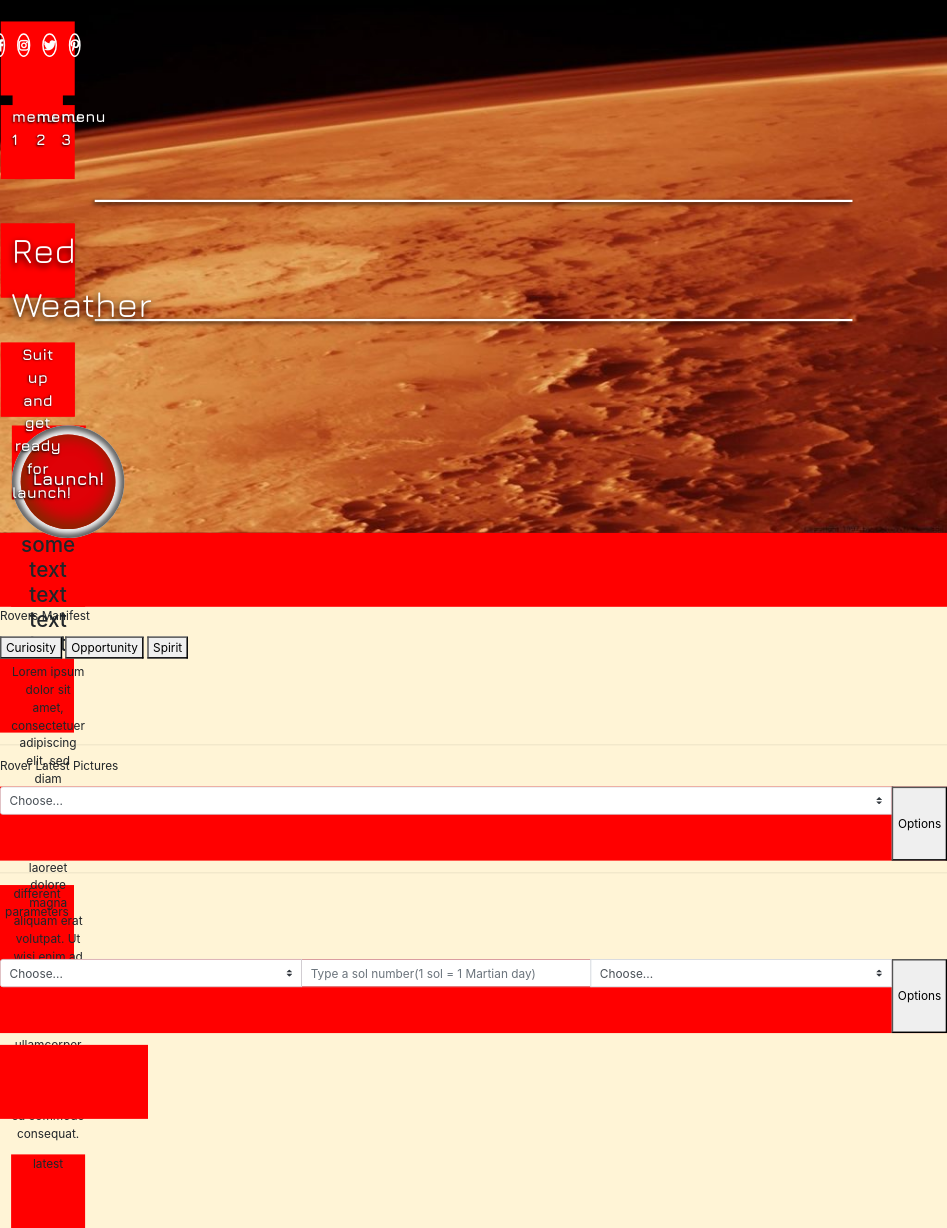
Repository: romqrq/Red-Planet-Explorer
Page: index.html
The author's editor kept a record of every edit. The page is drawn from the files as they stood at one moment, then again after the next edit.
The browser window is 1280 px wide. The pictures show the whole page, at 74% of full size.
Some web fonts or font styles are not loaded; a fallback is used. Some web libraries are served in a nearby version.

Above is the page before.

### index.html
<!DOCTYPE html>
<html lang="en">

<head>
    <meta charset="UTF-8">
    <meta name="viewport" content="width=device-width, initial-scale=1.0">
    <meta http-equiv="X-UA-Compatible" content="ie=edge">
    <title>Red Weather</title>
    <link rel="stylesheet" href="https://cdnjs.cloudflare.com/ajax/libs/font-awesome/5.10.2/css/all.min.css" type="text/css" />
    <link rel="stylesheet" href="https://stackpath.bootstrapcdn.com/bootstrap/4.3.1/css/bootstrap.min.css" crossorigin="anonymous">
    <link rel="stylesheet" href="assets/css/style.css" type="text/css" />


    <script src="https://code.jquery.com/jquery-3.4.1.js" crossorigin="anonymous"></script>
    <script type="text/javascript" src="assets/js/jquery.js"></script>
    <script type="text/javascript" src="assets/js/main.js"></script>
    <!--<script type="text/javascript" src="assets/js/main2.js"></script>-->
    <!--<script type="text/javascript" src="assets/js/main3.js"></script>-->

</head>

<body>
    <header>
        <div class="container-fluid main-screen-container">
            <!--<img class="header-bg" src="assets/images/mars-athmosphere.jpg"></img>-->
            <div class="row social-row">
                <div class="col-12 social-col">
                    <i class="fab fa-facebook-f round-border text-shadow"></i>
                    <i class="fab fa-instagram round-border"></i>
                    <i class="fab fa-twitter round-border"></i>
                    <i class="fab fa-pinterest-p round-border"></i>
                </div>
            </div>
            <div class="row" role="navigation">
                <a class="col-4 text-right main-text-light text-shadow" href="#">menu 1</a>
                <a class="col-4 text-center main-text-light text-shadow" href="#">menu 2</a>
                <a class="col-4 text-left main-text-light text-shadow" href="#">menu 3</a>
            </div>
            <hr class="hr-divider">
            <div class="row">
                <div class="col-12 text-center">
                    <p class="main-title title-shadow">Red Weather</p>
                </div>
            </div>
            <hr class="hr-divider">
            <div class="row">
                <div class="col-12">
                    <p class="main-text-light text-center text-shadow">Suit up and get ready for launch!</p>
                </div>
            </div>
            <div class="launch-button-div">
                <div class="launch-button-border">
                    <button class="btn launch-button text-shadow">Launch!</button>
                </div>
            </div>
            <!--<div class="row">-->
            <!--    <div class=navbar>-->
            <!--        <ul class="navbar-nav">-->
            <!--            <li class="nav-item">-->
            <!--                <a href="#" class="nav-link">menu button 1</a>-->
            <!--            </li>-->
            <!--            <li class="nav-item">-->
            <!--                <a href="#" class="nav-link">menu button 2</a>-->
            <!--            </li>-->
            <!--            <li class="nav-item">-->
            <!--                <a href="#" class="nav-link">menu button 3</a>-->
            <!--            </li>-->
            <!--        </ul>-->
            <!--    </div>-->
            <!--</div>-->
        </div>
        <!--<nav class="navbar navbar-expand-md navbar-dark bg-blue">-->
        <!-- Brand -->
        <!--    <a class="brand-text" href="#"><span class="NE-text">RW</span> | Red Weather</a>-->

        <!-- Toggler/collapsibe Button -->
        <!--    <button class="navbar-toggler" type="button" data-toggle="collapse" data-target="#collapsibleNavbar">-->
        <!--        <span class="navbar-toggler-icon"></span>-->
        <!--    </button>-->

        <!-- Navbar links -->
        <!--    <div class="collapse navbar-collapse" id="collapsibleNavbar">-->
        <!--        <ul class="navbar-nav">-->
        <!--            <li class="nav-item">-->
        <!--                <a class="nav-link" href="#">Link</a>-->
        <!--            </li>-->
        <!--            <li class="nav-item">-->
        <!--                <a class="nav-link" href="#">Link</a>-->
        <!--            </li>-->
        <!--            <li class="nav-item">-->
        <!--                <a class="nav-link" href="#">Link</a>-->
        <!--            </li>-->
        <!--        </ul>-->
        <!--    </div>-->
        <!--</nav>-->
    </header>
    <section class="callout">
        <div class="container-fluid text-center align-middle">
            <div>
                <h3>some text text text text</h3>
                <p>Lorem ipsum dolor sit amet, consectetuer adipiscing elit, sed diam nonummy nibh euismod tincidunt ut laoreet dolore magna aliquam erat volutpat. Ut wisi enim ad minim veniam, quis nostrud exerci tation ullamcorper suscipit lobortis nisl
                    ut aliquip ex ea commodo consequat.</pp>
                    <div>latest</div>
                    <!--<div class="row">-->
                    <!--    <div class="col-4">-->
                    <!--        <button class="btn btn-warning latest-button" id="buttonCuriosity" onclick="writeLatestToDocument('curiosity')" value="curiosity">Curiosity</button>-->
                    <!--    </div>-->
                    <!--    <div class="col-4">-->
                    <!--        <button class="btn btn-warning latest-button" id="buttonSpirit" onclick="writeLatestToDocument()" value="spirit">Spirit</button>-->
                    <!--    </div>-->
                    <!--    <div class="col-4">-->
                    <!--        <button class="btn btn-warning latest-button" id="buttonOpportunity" onclick="writeLatestToDocument()" value="opportunity">Opportunity</button>-->
                    <!--    </div>-->
                    <!--</div>-->
            </div>
    </section>
    <p>Rovers Manifest</p>
    <button onclick="writeManifestToDocument('curiosity')">Curiosity</button>
    <button onclick="writeManifestToDocument('opportunity')">Opportunity</button>
    <button onclick="writeManifestToDocument('spirit')">Spirit</button>
    <div id="dataManifest"></div>
    <hr>
    <p>Rover Latest Pictures</p>
    <div class="input-group mb-3">
        <select class="custom-select" id="inputLatestRoverPhoto">
            <option selected>Choose...</option>
            <option value="curiosity">Curiosity</option>
            <option value="spirit">Spirit</option>
            <option value="opportunity">Opportunity</option>
        </select>
        <button onclick="writeLatestToDocument()">Options</button>
    </div>
    <hr>
    <div class=text-center>different parameters</div>
    <div class="input-group mb-3">
        <div class="input-group mb-3">
            <select class="custom-select" id="inputRoverName">
            <option selected>Choose...</option>
            <option value="curiosity">Curiosity</option>
            <option value="spirit">Spirit</option>
            <option value="opportunity">Opportunity</option>
        </select>
            <input type="text" class="form-control" id="solTextInput" placeholder="Type a sol number(1 sol = 1 Martian day)">
            <!--    <select class="custom-select" id="inputSolNumber">-->
            <!--  <option selected>Choose...</option>-->
            <!--  <option value="500">500</option>-->
            <!--  <option value="1000">1000</option>-->
            <!--  <option value="1500">1500</option>-->
            <!--</select>-->
            <select class="custom-select" id="inputCamName">
          <option selected>Choose...</option>
          <option value="fhaz">FHAZ</option>
          <option value="rhaz">RHAZ</option>
          <option value="mast">Mast</option>
        </select>
            <button onclick="writeParamsToDocument()">Options</button>
        </div>


        <div id="data"></div>
        <div id="data2"></div>
        <footer>

        </footer>
        <script src="https://code.jquery.com/jquery-3.3.1.slim.min.js" integrity="sha384-q8i/X+965DzO0rT7abK41JStQIAqVgRVzpbzo5smXKp4YfRvH+8abtTE1Pi6jizo" crossorigin="anonymous"></script>
        <script src="https://cdnjs.cloudflare.com/ajax/libs/popper.js/1.14.7/umd/popper.min.js" integrity="sha384-UO2eT0CpHqdSJQ6hJty5KVphtPhzWj9WO1clHTMGa3JDZwrnQq4sF86dIHNDz0W1" crossorigin="anonymous"></script>
        <script src="https://stackpath.bootstrapcdn.com/bootstrap/4.3.1/js/bootstrap.min.js" integrity="sha384-JjSmVgyd0p3pXB1rRibZUAYoIIy6OrQ6VrjIEaFf/nJGzIxFDsf4x0xIM+B07jRM" crossorigin="anonymous"></script>

</body>

</html>

### assets/css/style.css
/*General*/

@import url('https://fonts.googleapis.com/css?family=Revalia|Roboto:400,500|Jura:300,400,500,700&display=swap');

body {
    background-color: #ffd86845;
}

a {
    text-decoration: none;
    color: inherit;

}

/* Header */

.title-shadow {
    text-shadow: -1px 3px 8px #000000;
}

.text-shadow {
    text-shadow: -1px 1px 3px #000000;
}

.no-side-padding {
    padding-left: 0;
    padding-right: 0;
}

.main-screen-container {
    height: 100vh;
    max-width: 100vw;
    padding: 1rem;
    background-image: url("../images/mars-athmosphere.jpg");
    background-position: center;
    background-repeat: no-repeat;
    background-size: cover;
    background-color: black;
    display: flex;
    flex-direction: column;
    justify-content: space-evenly;
    box-shadow: 1px 4px 9px 0px black;
}

.social-row {
    padding: 1rem;
}

.social-col {
    flex-direction: row;
    display: flex;
    justify-content: center;
}

.round-border {
    border-radius: 50%;
    height: 2rem;
    border: 2px solid white;
    width: 2rem;
    justify-content: center;
    display: flex;
    line-height: 1.8rem;
    color: white;
    margin: 0 0.5rem;
    font-weight: 900;
}

.main-text-light {
    color: white;
    font-family: "Jura", "Revalia";
    font-weight: 600;
    font-size: 1.3rem;
}

.main-title {
    font-family: "Revalia", "Jura";
    font-size: 3rem;
    color: white;
    padding: 0 0 0.5rem;
}

.hr-divider {
    border-top: 3px solid rgb(255, 255, 255);
    width: 80vw;
    box-shadow: -2px 2px 6px 0px black;
}

.launch-button-div {
    margin-bottom: 1rem;
}

.launch-button-border {
    height: 9.5rem;
    width: 9.5rem;
    background-color: #eaeaea;
    padding: 0.75rem;
    border-radius: 50%;
    box-shadow: inset 0px 0px 6px 6px #676767;
    margin: auto;
}

.launch-button {
    background-color: #d40101;
    color: white;
    border: 0px solid white;
    font-size: 1.5rem;
    font-family: "Jura", "Revalia";
    font-weight: 700;
    /*text-shadow: 0px 0px 5px #ffffffcf;*/
    padding: 0.5rem 1rem 1rem;
    height: 8rem;
    width: 8rem;
    border-radius: 50%;
    box-shadow: inset 3px -4px 20px 7px #842600;
    animation-name: launchButtonAnimation;
     animation-duration: 2s;
    animation-delay: .5s;
    animation-timing-function: linear;
    animation-iteration-count: infinite;

}

.launch-button-animation {
    animation-duration: 1s;
    animation-delay: .5s;
    animation-timing-function: linear;
    animation-iteration-count: infinite;
    /*background-color: #2098D1;*/
    background-color: #ff0018;
    color: #fff;
}

/* Launch button bg change */
@keyframes launchButtonAnimation {
  from {background-color: #d40101;}
  to {background-color: #ff0018;}
}

/* The element to apply the animation to */
div {
  width: 100px;
  height: 100px;
  background-color: red;
  animation-name: example;
  animation-duration: 4s;
}

### assets/js/jquery.js
$(document).ready(function(value) {
    var roverName = this.value;
});

### assets/js/main.js
// var roverName = "curiosity";
// var solNumber = ""; //"&sol=1000";
// var camName = "&camera=FHAZ";
// var pageNumber = ""; //"&page=1"
// var earthDate = "earth_date=2015-6-3"


//WORKS xhr.open("GET", "https://api.nasa.gov/insight_weather/?api_key=unJZiQapXhyZamSl37P8FEh7Zlssi7xmaIF4l95b&feedtype=json&ver=1.0");
//WORKS xhr.open("GET", "https://api.nasa.gov/mars-photos/api/v1/rovers/curiosity/latest_photos?api_key=unJZiQapXhyZamSl37P8FEh7Zlssi7xmaIF4l95b&feedtype=json&ver=1.0");
//WORKS xhr.open("GET", "https://api.nasa.gov/mars-photos/api/v1/manifests/curiosity?api_key=unJZiQapXhyZamSl37P8FEh7Zlssi7xmaIF4l95b&feedtype=json&ver=1.0");




// //Pick latest photo by rover name
// function getLatest(cb) {
// 	// roverName = function() {
// 	// 	if (document.getElementById("buttonCuriosity") == true) {
// 	// 		var e = document.getElementById("buttonCuriosity");
// 	// 		return e.options[e.selectedIndex].value;
// 	// 	}
// 	// }
// 	$('.latest-button').on('click', function() {
// 		var e = document.getElementById(this.id);
// 		roverName = e.options[e.selectedIndex].value;
// 	});
// 	console.log(roverName);
// 	// var e = document.getElementById("buttonCuriosity");
// 	// var roverName = e.options[e.selectedIndex].value;
// 	var xhr = new XMLHttpRequest();
// 	xhr.onreadystatechange = function() {
// 		if (this.readyState == 4 && this.status == 200) {
// 			// document.getElementById("data").innerHTML = JSON.parse(this.responseText);
// 			console.log(JSON.parse(this.responseText));
// 			cb(JSON.parse(this.responseText));
// 		}
// 	};
// 	xhr.open("GET", "https://api.nasa.gov/mars-photos/api/v1/rovers/" + roverName + "/latest_photos?api_key=unJZiQapXhyZamSl37P8FEh7Zlssi7xmaIF4l95b&feedtype=json&ver=1.0");
// 	xhr.send();

// }

// function writeLatestToDocument() {
// 	var el = document.getElementById("data");
// 	el.innerHTML = "";

// 	getLatest(function(data) {
// 		data = data.latest_photos;

// 		data.forEach(function(item) {
// 			el.innerHTML += `<img src=${item.img_src} height=150 width=150>`;
// 		});
// 	});
// }





// function getLatest(cb) {
// 	var xhr = new XMLHttpRequest();

// 	xhr.onreadystatechange = function() {
// 		if (this.readyState == 4 && this.status == 200) {
// 			// document.getElementById("data").innerHTML = JSON.parse(this.responseText);
// 			console.log(JSON.parse(this.responseText));
// 			cb(JSON.parse(this.responseText));
// 		}
// 	};

// 	xhr.open("GET", "https://api.nasa.gov/mars-photos/api/v1/rovers/curiosity/latest_photos?api_key=unJZiQapXhyZamSl37P8FEh7Zlssi7xmaIF4l95b&feedtype=json&ver=1.0");
// 	xhr.send();
// }

// function writeToDocument() {
// 	var el = document.getElementById("data");
// 	el.innerHTML = "";

// 	getLatest(function(data) {
// 		data = data.latest_photos;

// 		data.forEach(function(item) {
// 			el.innerHTML += `<img src=${item.img_src} height=150 width=150>`;
// 		});
// 	});
// }
var xhr = new XMLHttpRequest();
var roverName = ""; //"curiosity";
var solNumber = ""; //"&sol=1000";
var camName = ""; //"&camera=FHAZ";
var pageNumber = ""; //"&page=1"
var earthDate = ""; //"earth_date=2015-6-3"

function getManifest(roverNameManifest, cbManifest) {
    console.log(roverNameManifest);

    var xhr = new XMLHttpRequest();

    xhr.onreadystatechange = function() {
        if (this.readyState == 4 && this.status == 200) {
            // document.getElementById("data").innerHTML = JSON.parse(this.responseText);
            console.log(JSON.parse(this.responseText));
            cbManifest(JSON.parse(this.responseText));
        }
    };
    xhr.open("GET", "https://api.nasa.gov/mars-photos/api/v1/manifests/" + roverNameManifest + "?api_key=unJZiQapXhyZamSl37P8FEh7Zlssi7xmaIF4l95b&feedtype=json&ver=1.0");
    xhr.send();
}

function writeManifestToDocument(roverNameManifest) {
    var el = document.getElementById("dataManifest");
    el.innerHTML = "";

    getManifest(roverNameManifest, function(data) {
        data = data.photo_manifest;

        let item;
        for (item in data) {
            if (item != "photos") {
                let itemString = item.replace(/_/g, " ");
                let itemStringCapitalized = itemString.charAt(0).toUpperCase() + itemString.slice(1);
                console.log(itemStringCapitalized);
                    el.innerHTML += `<p>${itemStringCapitalized}: ${data[item]}</p>`;
            }
        }
    });
}

function getParamsData(cb) {
	var rvn = document.getElementById("inputRoverName");
	var roverName = rvn.options[rvn.selectedIndex].value;

	var snb = document.getElementById("solTextInput");
    var solNumber = `&sol=${snb.value}`;
	// var snb = document.getElementById("inputSolNumber");
	// var solNumber = `&sol=${snb.options[snb.selectedIndex].value}`;

	var cmn = document.getElementById("inputCamName");
	var camName = `&camera=${cmn.options[cmn.selectedIndex].value}`;

	// var pgn = document.getElementById("inputPageNumber");
	// var pageNumber = `&page=${pgn.options[pgn.selectedIndex].value}`;

	// var ead = document.getElementById("inputEarthDate");
	// var earthDate = `earth_date=${ead.options[ead.selectedIndex].value}`;

	var xhr = new XMLHttpRequest();
	xhr.onreadystatechange = function() {
		if (this.readyState == 4 && this.status == 200) {
			// document.getElementById("data").innerHTML = JSON.parse(this.responseText);
			console.log(JSON.parse(this.responseText));
			cb(JSON.parse(this.responseText));
		}
	};
	xhr.open("GET", `https://api.nasa.gov/mars-photos/api/v1/rovers/${roverName}/photos?${earthDate}${solNumber}${camName}${pageNumber}&api_key=unJZiQapXhyZamSl37P8FEh7Zlssi7xmaIF4l95b`);
	xhr.send();

}

function writeParamsToDocument() {
	var el = document.getElementById("data2");
	el.innerHTML = "";

	getParamsData(function(data) {
		data = data.photos;

		data.forEach(function(item) {
			// for (item in data) {
			el.innerHTML += `<img src=${item.img_src} height=150 width=150>`;
		});
	});
}


function getLatest(cbLatest) {
    var roverLatest = document.getElementById("inputLatestRoverPhoto");
    var roverNameLatest = `${roverLatest.options[roverLatest.selectedIndex].value}`;
    // var rvrnm = document.getElementsByclass("nameRoverButton").id;
    // console.log(rvrnm);
    // var roverNameLatest = rvrnm.value;
    var xhr = new XMLHttpRequest();

    xhr.onreadystatechange = function() {
        if (this.readyState == 4 && this.status == 200) {
            // document.getElementById("data").innerHTML = JSON.parse(this.responseText);
            console.log(JSON.parse(this.responseText));
            cbLatest(JSON.parse(this.responseText));
        }
    };
    xhr.open("GET", `https://api.nasa.gov/mars-photos/api/v1/rovers/${roverNameLatest}/latest_photos?api_key=unJZiQapXhyZamSl37P8FEh7Zlssi7xmaIF4l95b&feedtype=json&ver=1.0`);
    xhr.send();
}

function writeLatestToDocument() {
    var el = document.getElementById("data");
    el.innerHTML = "";

    getLatest(function(data) {
        data = data.latest_photos;

        data.forEach(function(item) {
            el.innerHTML += `<img src=${item.img_src} height=150 width=150>`;
        });
    });
}

After the next edit:
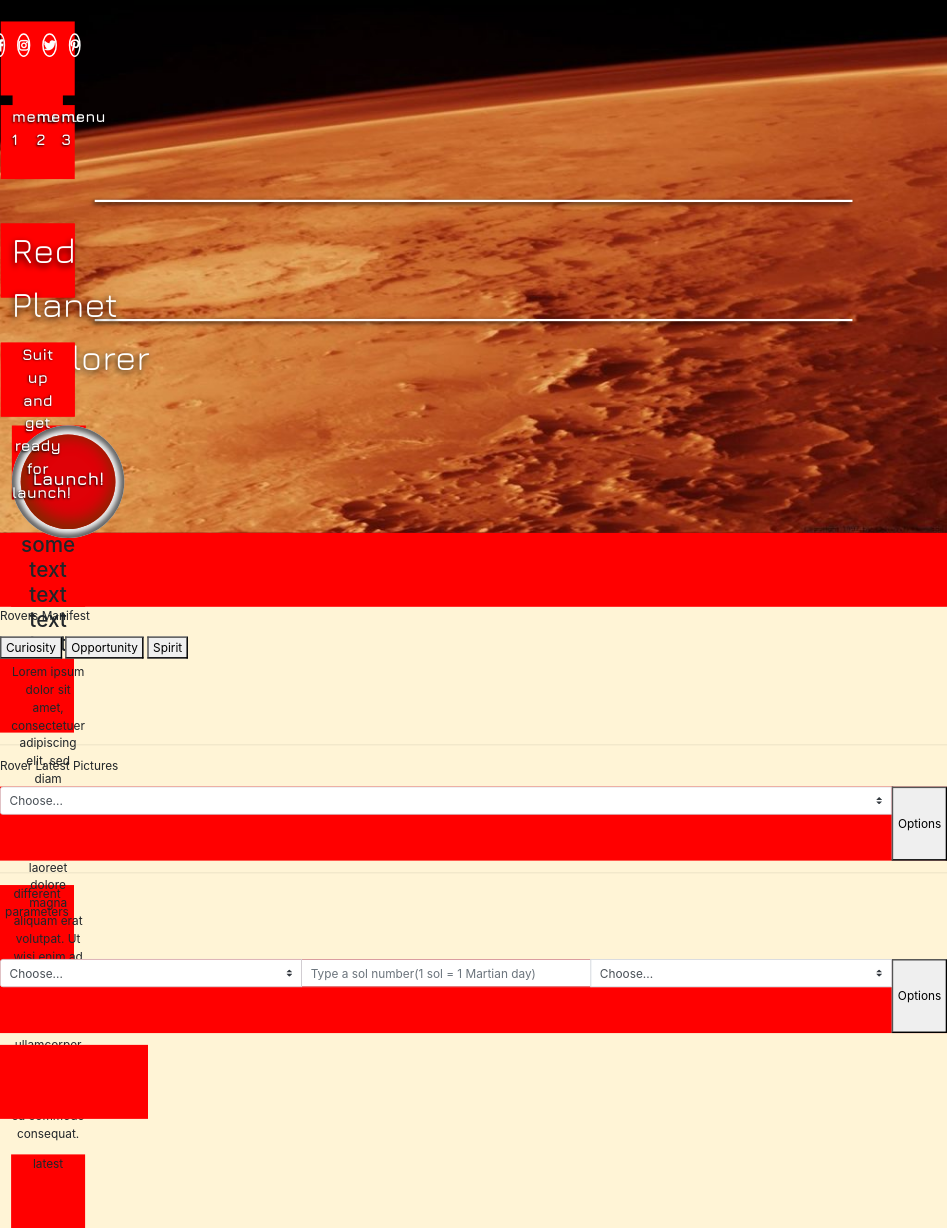
The edit:
--- a/index.html
+++ b/index.html
@@ -39,7 +39,7 @@
             <hr class="hr-divider">
             <div class="row">
                 <div class="col-12 text-center">
-                    <p class="main-title title-shadow">Red Weather</p>
+                    <p class="main-title title-shadow">Red Planet Explorer</p>
                 </div>
             </div>
             <hr class="hr-divider">
